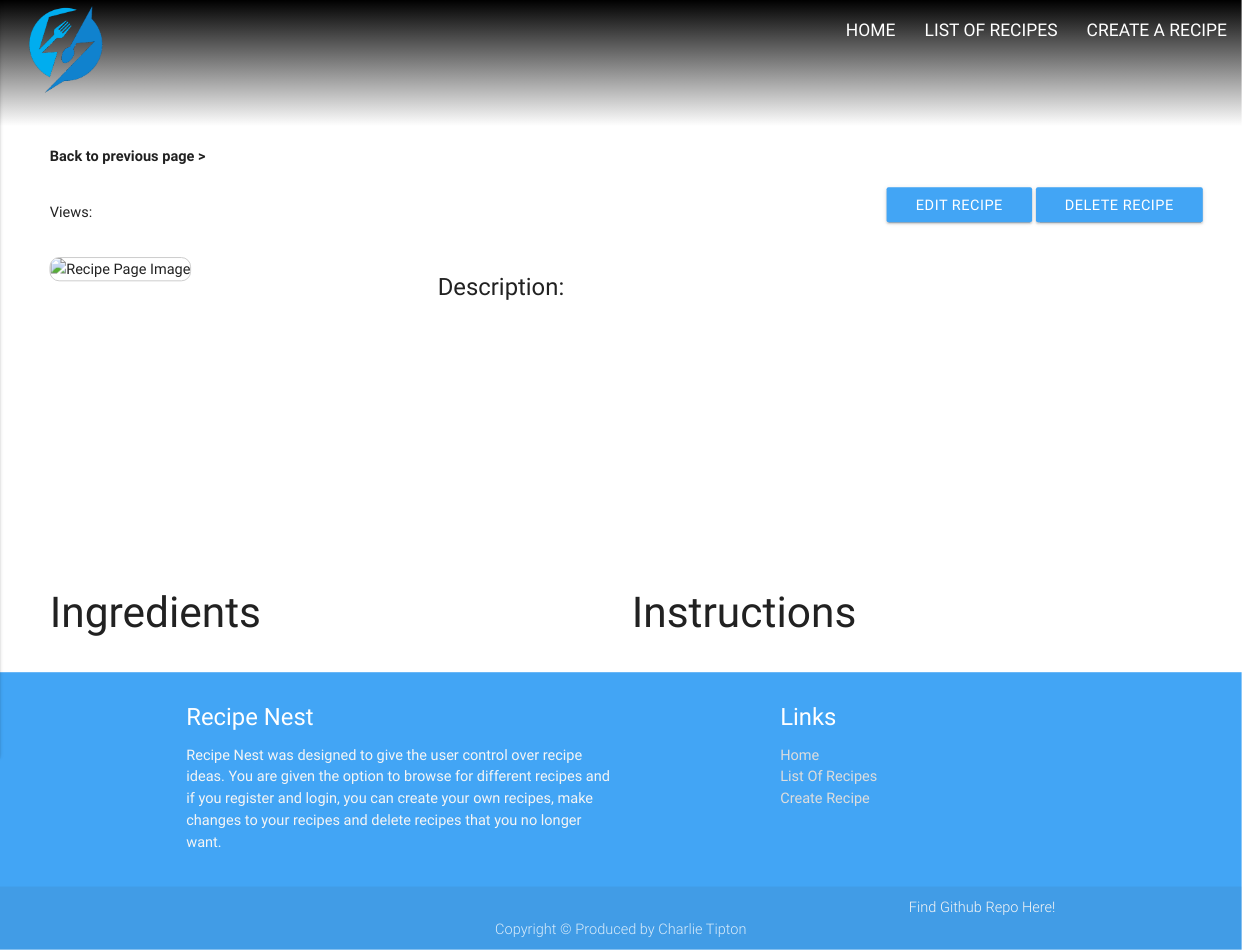
Repository: CharlieJT/Recipes
Page: templates/recipe.html
The author's editor kept a record of every edit. The page is drawn from the files as they stood at one moment, then again after the next edit.
The browser window is 1280 px wide. The pictures show the whole page, at 97% of full size.
Some web libraries are served in a nearby version. The page is served by the project's application, run on Flask 3 (app.py). The template is opened directly, without the code that normally fills it, so the values that code supplies are empty.

Above is the page before.

### templates/recipe.html
{% extends 'base.html' %} {% block content %}

<div class="container-fluid recipe-container-heading">
    <div class="row">
        <div class="col recipe-container-column">
            <div class="main-recipe-section" />
        </div>
    </div>
</div>

<!-- Recipes Section -->

<section>
    <div class="container-fluid recipe-page-container">
        <!-- Breadcrumb -->
        <div class="row bread-crumb">
            <div class="col back-button">
                <span class="go-back-one-page">
                    Back to previous page >
                </span>
                <span>
                    {{ recipe.recipe_name }}
                </span>
            </div>
        </div>
        <!-- Edit and Delete buttons -->
        <div class="col edit-and-delete-buttons">
            <button class="btn waves-effect waves-light blue lighten-1 create-recipe-submit-button" type="submit" name="action">Edit Recipe</button>
            <button class="btn waves-effect waves-light blue lighten-1 create-recipe-submit-button" type="submit" name="action">Delete Recipe</button>
        </div>
        <!-- Views of Recipe -->
        <div class="row">
            <div class="col">
                <p>Views: {{ recipe.views }}</p>
            </div>
        </div>
        <!-- Recipe Description -->
        <div class="row recipe-description-row">
            <div class="col s12 l4">
                <img class="recipe-page-image" src="{{recipe.recipe_image_url}}" alt="Recipe Page Image" />
            </div>
            <div class="col s12 l8 recipe-description-column">
                <h4>{{ recipe.recipe_name.upper() }}</h4>
                <div class="recipe-description">
                    <h5>Description:</h5>
                    <p>{{ recipe.recipe_description }}</p>
                </div>
            </div>
        </div>
        <!-- Recipe Ingredients -->
        <div class="row">
            <div class="col s12 l6">
                <h3>Ingredients</h3>
                <ul class="recipe-ingredients">
                    {% for recipe_ingredient in recipe.recipe_ingredients.split('.') %}
                        {% if recipe_ingredient != "" %}
                            <li>{{ recipe_ingredient }}.</li>
                        {% endif %}
                    {% endfor %}
                </ul>
            </div>
            <div class="col s12 l6">
                <h3>Instructions</h3>
                <ul class="recipe-insturctions">
                    {% for recipe_instruction in recipe.recipe_instructions.split('.') %}
                        {% if recipe_instruction != "" %}
                            <li>{{ recipe_instruction }}.</li>
                        {% endif %}
                    {% endfor %}
                </ul>
            </div>
        </div>
    </div>
</section>

{% endblock %}

### templates/base.html
<!DOCTYPE html>
<html>

<head>
    <!--Import Google Icon Font-->
    <link href="https://fonts.googleapis.com/icon?family=Material+Icons" rel="stylesheet">

    <!--Import materialize.css-->
    <link rel="stylesheet" href="https://cdnjs.cloudflare.com/ajax/libs/materialize/0.100.2/css/materialize.min.css">

    <!-- Exteral styles -->
    <link rel="stylesheet" href="{{url_for('static', filename='css/base.css')}}" type="text/css" />
    <link rel="stylesheet" href="{{url_for('static', filename='css/index.css')}}" type="text/css" />
    <link rel="stylesheet" href="{{url_for('static', filename='css/recipe-listing.css')}}" type="text/css" />
    <link rel="stylesheet" href="{{url_for('static', filename='css/recipe.css')}}" type="text/css" />
    <link href="https://fonts.googleapis.com/icon?family=Material+Icons" rel="stylesheet">

    <!-- Favicon -->
    <link rel="icon" href="{{ url_for('static', filename='/images/favicon.ico') }}" type="image/x-icon" />

    <!--Let browser know website is optimized for mobile-->
    <meta name="viewport" content="width=device-width, initial-scale=1.0" />

    <title>Recipe Nest - {{ title }}</title>
</head>

<body>
    <!-- Main Navbar -->
    <nav class="navbar-container N/A transparent">
        <div class="nav-wrapper">
            <a href="{{ url_for('index') }}" id="recipes-logo">
                <img class="recipe-logo-image" src="static/images/recipe-nest.png" alt="Recipes Logo"/>
            </a>
            <a href="#" data-activates="mobile-demo" class="button-collapse"><i class="material-icons">menu</i></a>
            <ul id="nav-mobile" class="right hide-on-med-and-down navbar-listing">
                <li class="tab"><a class="nav-link" href="{{ url_for('index') }}">Home</a></li>
                <li class="tab"><a class="nav-link" href="{{ url_for('recipe_listing') }}">List of Recipes</a></li>
                <li class="tab"><a class="nav-link" href="{{ url_for('create_recipe') }}">Create a Recipe</a></li>
            </ul>
        </div>
    </nav>
    <ul class="side-nav" id="mobile-demo">
        <li class="tab"><a class="active" href="{{ url_for('index') }}">Home</a></li>
        <li class="tab"><a href="{{ url_for('recipe_listing') }}">List of Recipes</a></li>
        <li class="tab"><a href="{{ url_for('create_recipe') }}">Create a Recipe</a></li>
    </ul>

    {% block content %} {% endblock %}

    <!-- Footer -->
    <footer class="page-footer blue lighten-1">
        <div class="container">
            <div class="row">
                <div class="col l6 s12">
                    <h5 class="white-text">Recipe Nest</h5>
                    <p class="grey-text text-lighten-4"></p>
                    <p class="grey-text text-lighten-4">Recipe Nest was designed to give the user control over recipe ideas. You are given the option to browse for different recipes and if you register and login, you can create your own recipes, make changes to your recipes and delete recipes
                        that you no longer want.</p>
                </div>
                <div class="col l4 offset-l2 s12">
                    <h5 class="white-text">Links</h5>
                    <ul class="footer-links">
                        <li><a class="pages-footer-link" href="{{ url_for('index') }}">Home</a></li>
                        <li><a class="pages-footer-link" href="{{ url_for('recipe_listing') }}">List Of Recipes</a></li>
                        <li><a class="pages-footer-link" href="{{ url_for('create_recipe') }}">Create Recipe</a></li>
                    </ul>
                </div>
            </div>
        </div>
        <div class="footer-copyright">
            <div class="container">
                <a class="grey-text text-lighten-4 right" href="https://github.com/CharlieJT/Repices" target="_blank">Find Github Repo Here!</a>
                <div class="footer-bottom">Copyright © Produced by Charlie Tipton</div>
            </div>
        </div>
    </footer>

    <!-- Back to top icon -->
    <a href="#" class="to-top"></a>

    <script src="https://cdnjs.cloudflare.com/ajax/libs/jquery/3.2.1/jquery.min.js"></script>
    <script src="https://cdnjs.cloudflare.com/ajax/libs/materialize/0.100.2/js/materialize.min.js"></script>
    <script src="{{url_for('static', filename='js/script.js')}}"></script>
</body>

</html>

### app.py
import os
from flask import Flask, render_template, redirect, url_for, request, flash
from flask_pymongo import PyMongo, DESCENDING
from bson.objectid import ObjectId


app = Flask(__name__)

app.config["MONGO_DBNAME"] = 'myRecipes'
app.config['MONGO_URI'] = os.environ.get("MONGO_URI")

mongo = PyMongo(app)

@app.route('/')
@app.route('/index')
def index():
    """This shows a list of 3 recipes which have the highest views"""
    recipes=mongo.db.recipes.find().sort([('views-per-page', DESCENDING)]).limit(3)
    return render_template('index.html', title="Home", recipes=recipes)


@app.route('/recipe_listing')
def recipe_listing():
    """This shows a list of all of the recipes"""
    recipes=mongo.db.recipes.find()
    return render_template('recipe-listing.html', title="Recipes", recipes=recipes)


@app.route('/recipe/<recipe_id>')
def recipe(recipe_id):
    """This shows all fields in recipes & increments the views by 1"""
    mongo.db.recipes.find_one_and_update(
        {'_id': ObjectId(recipe_id)},
        {'$inc': {'views': 1}}
    )
    recipe_ingredients = mongo.db.recipes.recipe_ingredients.find_one()
    recipe = mongo.db.recipes.find_one_or_404({'_id': ObjectId(recipe_id)})
    return render_template('recipe.html', recipe=recipe)


@app.route('/create_recipe')
def create_recipe():
    """This shows a list of all of the recipes"""
    recipes_db = mongo.db.recipes
    return render_template('create-recipe.html')


@app.route('/insert_recipe', methods=['POST'])
def insert_recipe():
    """This will add each field to the database"""
    recipe_db = mongo.db.recipes
    # This is insert a new value for each field
    recipe_db.insert_one(request.form.to_dict())
    return redirect(url_for('recipe_listing'))

@app.route('/update_recipe/<recipe_id>')
def update_recipe(recipe_id):
    recipes_db = mongo.db.recipes.find_one({ '_id': ObjectId(recipe_id) })
    return render_template('edit-recipe.html')


if __name__ == '__main__':
    app.run(host=os.environ.get('IP'),
    port=int(os.environ.get('PORT')),
    debug=True)

### static/css/base.css
/* ---------- Home Page Cards ----------*/

html {
    scroll-behavior: smooth;
}

.recipe-card {
    background-color: #fff;
    padding: 20px;
    margin: 6em 2em;
    border-radius: 10px;
    text-align: center;
}

.recipe-image {
    display: flex;
    justify-content: center;
    width: 100%;
    border-radius: 10px;
    margin: auto;
}

.recipe-view-more-button {
    display: flex;
    justify-content: center;
    width: 100%;
}

/* ---------- Main Nav Bar ----------*/

.navbar-container {
    position: fixed;
    box-shadow: none;
    height: 64px;
    line-height: 64px;
    transition: background-color 0.3s ease-in, box-shadow 0.3s ease-in;
    z-index: 1000;
}

.logo-image {
    background: url(../images/main-logo-image.png);
}

#recipes-logo {
    float: right;
}

.recipe-logo-image {
    width: 95px;
    transition: width 0.15s ease-in;
    margin: 10px 20px 0;
}

.brand-logo {
    right: 3 !important;
}

.tabs {
    height: 64px;
}

.tab a {
    font-size: 1.2em !important;
    text-transform: uppercase;
}

.tab {
    line-height: 61px !important;
}

.navbar-listing .active {
    background-color: transparent;
    border-bottom: 3px solid #fff;
}

.side-nav {
    padding: 64px 0 0 0;
    z-index: 10000;
}

/* ---------- Footer ----------*/

.footer-bottom {
    clear: both;
    text-align: center;
}

.footer-links a {
    color: #ddd;
}

.footer-links .active a {
    color: #fff;
}

/* ---------- Back to top icon ----------*/

.to-top {
	color :white;
	padding-top: 1.8em;
	display: inline-block;/* or block */
	position: fixed;
	bottom: 30px;
    right: 45px;
	text-decoration:none;
	transition:all .3s ease-out;
	opacity: 0;
	z-index: 1000;
}

.to-top:before {
	content: url(../images/chevron-up.png);
    font-size: 1.9em;
	position: absolute;
	text-align: center;
	background-color: #00000050;
	top: 0;
	left: 50%;
	margin-left:-.7em;
	border:solid .13em white;
	border-radius: 10em;
	width: 1.6em;
	height: 1.6em;
	line-height: 1.3em;
	border-color: inherit;
	transition: transform .5s ease-in;
}
.to-top:hover {
	border-color: #42a5f5;
}
.to-top:hover:before {
    content: url(../images/chevron-up-blue.png);
	transform: rotate(360deg);
}

/* ---------- Media Queries ----------*/

@media only screen and (min-width: 480px) {
    section {
        width: 480px;
        margin: auto;
    }
}

@media only screen and (min-width: 768px) {
    section {
        width: 768px;
        margin: auto;
    }
}

@media only screen and (min-width: 992px) {
    section {
        width: 992px;
        margin: auto;
    }
    #recipes-logo {
        float: left;
    }
}



@media only screen and (min-width: 1200px) {
    section {
        width: 1200px;
        margin: auto;
    }
}

### static/css/index.css
/* ---------- Main Image ----------*/

.title-container {
    display: flex;
    align-items: center;
    height: 100vh;
    color: #fff;
}

.main-heading-column {
    background-color: #000000a6;
    border-radius: 10px;
}

.title-container .row {
    opacity: 0;
    filter: blur(100px);
    animation: FadeInGreeting 1.5s 1s forwards ease-in-out;
}

.title-container h1 {
    text-align: center;
    font-size: 2.4rem;
}

.search-button {
    display: flex;
    justify-content: center;
}

.down-arrow-link {
    color: white;
}

.down-arrow {
    display: flex !important;
    position: absolute;
    left: 49vw;
    right: 50vw;
    font-size: 3.7rem !important;
    justify-content: center;
    animation: scrollDown 0.4s alternate-reverse infinite cubic-bezier(1,-0.01, 0.79, 0.54);
}

.main-image-container {
    background: url(../images/recipe-nest-main-image.png) fixed center center no-repeat;
    height: 100%;
}

.main-recipe-images-column {
    padding: 0 !important;
}

main-recipe-images-column {
    height: 80vh;
}

.opaque-background {
    background-color: #00000061;
}

/* label color */

.recipe-label {
    color: #fff;
}

/* label focus color */

.input-field input[type=text]:focus+label {
    color: #fff;
}

/* label underline focus color */

.input-field input[type=text]:focus {
    border-bottom: 1px solid #fff;
    box-shadow: 0 1px 0 0 #000;
}

/* valid color */

.input-field input[type=text].valid {
    border-bottom: 1px solid #fff;
    box-shadow: 0 1px 0 0 #fff;
}

/* invalid color */

.input-field input[type=text].invalid {
    border-bottom: 1px solid #fff;
    box-shadow: 0 1px 0 0 #fff;
}

/* label focus color */

.input-field input:focus+label {
    color: #42a5f5 !important;
}

/* label underline focus color */

.row .input-field input:focus {
    border-bottom: 1px solid #42a5f5 !important;
    box-shadow: 0 1px 0 0 #42a5f5 !important;
}

.recipe-search-bar:focus {
    border-bottom: 1px solid #42a5f5 !important;
    -webkit-box-shadow: 0 1px 0 0 #26a69a !important;
    box-shadow: 0 1px 0 0 #42a5f5 !important;
}

/* ---------- Recipe Cards ----------*/

#recipe-container-main {
    background-color: #fff;
}

.down-arrow {
    position: absolute;
    left: 50%;
}

.card-surrounding {
    max-width: 265px;
    margin: auto;
}

.card {
    margin: 2.5rem 0 2.5rem 0;
}

.recipe-image {
    padding: 10px;
    border-radius: 15px !important;
}

.most-viewed-divider {
    width: 150px;
}

.mostly-viewed-heading-column {
    margin: 60px;
    margin: 5.5rem auto 1.5rem;
}

.mostly-viewed-heading-column h5 {
    text-align: center;
    margin: auto;
}

#recipe-container-main .row {
    margin: 0;
}

#recipe-container-main .col {
    padding: 0 2.75rem;
}

.recipe-name,
.recipe-close {
    position: relative;
    width: 100%;
    font-size: 1.1rem !important;
    font-weight: 400 !important;
}

.recipe-name i {
    top: 0;
    right: -15px;
}

.recipe-close i {
    position: absolute;
    right: 0;
    top: 0;
    margin-top: 30px;
    margin-right: 12px;
}

.card-title-spacer {
    display: flex;
    height: 120px;
}

.more-info {
    position: absolute;
}

.button-container {
    display: flex;
    justify-content: center;
    width: 100%;
}

/* ---------- Media Queries ----------*/

@media only screen and (min-width: 992px) {
    .recipe-row {
        width: 992px;
        margin: auto !important;
    }
    .title-container h1 {
        font-size: 3rem;
    }
}

@media only screen and (min-width: 1050px) {
    .main-image-container {
        background-size: 100%;
    }
}

@media only screen and (min-width: 1200px) {
    .recipe-row {
        width: 1200px;
        margin: auto !important;
    }
}



/* ---------- Keyframes (Animations) ----------*/

@-webkit-keyframes scrollDown {
    from {
        margin-top: 0;
    }
    to {
        margin-top: 8px;
    }
}

@keyframes scrollDown {
    from {
        margin-top: 0;
    }
    to {
        margin-top: 8px;
    }
}

@-webkit-keyframes FadeInGreeting {
    from {
        opacity: 0;
    }
    to {
        opacity: 1;
    }
}

@keyframes FadeInGreeting {
    from {
        opacity: 0;
        filter: blur(100px);
    }
    to {

        opacity: 1;
        filter: blur(0px);
    }
}

### static/css/recipe-listing.css
.recipe-container-heading .recipe-container-column {
    background: linear-gradient(#000, #fff);
    height: 130px;
    width: 100%;
}

.recipe-listing-column {
    margin: 60px;
    margin: 1.5rem auto 1.5rem;
    text-align: center;
}

.search-recipe-listing-label {
    color: #000;
}

### static/css/recipe.css
.recipe-page-image {
    width: 100%;
    max-width: 300px;
    max-height: 300px;
    border-radius: 10px;
    border: 1px solid #ccc;
}

.recipe-description-row {
    height: 300px;
}

.edit-and-delete-buttons {
    float: right;
}

.back-button span:nth-child(1) {
    display: inline;
    cursor: pointer;
    font-weight: bold;
}

### static/js/script.js
// Constants used to target specific class names needed for jQuery

const goBackOnePage = document.getElementsByClassName("go-back-one-page");
const buttonCollapse = document.getElementsByClassName("button-collapse");
const navbarContainer = document.getElementsByClassName("navbar-container");
const recipeLogoImage = document.getElementsByClassName("recipe-logo-image");
const toTop = document.getElementsByClassName("to-top");
const createRecipeSubmitButton = document.getElementsByClassName("create-recipe-submit-button");


/*
Whatever code is written inside the JQuery ready method will run once the page Document Object Modal (DOM)
is ready to execute JavaScript code.
*/

$(document).ready(() => {
    // Will check to see if the window has been scrolled 50px from the top.
    $(window).scroll(() => {
        const joinedNATransparent = ['N/A', 'transparent'].join(' ');
        if ($(document).scrollTop() > 50) {
            $(navbarContainer).removeClass(joinedNATransparent).css('background-color', '#000000a3');
            $(recipeLogoImage).css({ 'width': '66px', 'margin-top': '0px' });
            $(toTop).css('opacity', '1');
        }
        else {
            $(navbarContainer).addClass(joinedNATransparent);
            $(recipeLogoImage).css({ 'width': '95px', 'margin-top': '5px' });
            $(toTop).css('opacity', '0');
        }
    });
    // Will remove active class and add new active class depending on which is matched with the pathname.
    $('li.active').removeClass('active');
    $('a[href="' + location.pathname + '"]').closest('li').addClass('active');

    // Will take the user back to the previous page on click.
    $(goBackOnePage).on('click', () => {
        window.history.back();
    });

    $('.button-collapse').sideNav();

    /*
    Will be resonsible for form validation, depending on which field is empty, it will throw a message at the bottom
    of the field.
    */

    $('.insert-recipe-name').on('click', () => {
        $('.insert-recipe-name-validation').removeClass('insert-recipe-name-validation-flag');
    }).on('keypress', () => {
        $('.insert-recipe-name-validation').removeClass('insert-recipe-name-validation-flag');
    });
    $('.insert-recipe-description').on('click', () => {
        $('.insert-recipe-description-validation').removeClass('insert-recipe-description-validation-flag');
    }).on('keypress', () => {
        $('.insert-recipe-description-validation').removeClass('insert-recipe-description-validation-flag');
    });
    $('.insert-recipe-ingredients').on('click', () => {
        $('.insert-recipe-ingredients-validation').removeClass('insert-recipe-ingredients-validation-flag');
    }).on('keypress', () => {
        $('.insert-recipe-ingredients-validation').removeClass('insert-recipe-ingredients-validation-flag');
    });
    $('.insert-recipe-instructions').on('click', () => {
        $('.insert-recipe-instructions-validation').removeClass('insert-recipe-instructions-validation-flag');
    }).on('keypress', () => {
        $('.insert-recipe-instructions-validation').removeClass('insert-recipe-instructions-validation-flag');
    });
    $('.insert-recipe-image-url').on('click', () => {
        $('.insert-recipe-image-url-validation').removeClass('insert-recipe-image-url-validation-flag');
    }).on('keypress', () => {
        $('.insert-recipe-image-url-validation').removeClass('insert-recipe-image-url-validation-flag');
    });

    $(createRecipeSubmitButton).on('click', () => {
        // Constants used to target each form field's value on create recipe page
        const inputRecipeName = $("input[type=text][name=recipe_name]").val();
        const inputRecipeDescription = $("input[type=text][name=recipe_description]").val();
        const inputRecipeIngredients = $("textarea[type=text][name=recipe_ingredients]").val();
        const inputRecipeInstructions = $("textarea[type=text][name=recipe_instructions]").val();
        const inputRecipeImageUrl = $("input[type=text][name=recipe_image_url]").val();


        if (inputRecipeName.length === 0) {
            $('.insert-recipe-name-validation').addClass('insert-recipe-name-validation-flag');
        }
        else {
            $('.insert-recipe-name-validation').removeClass('insert-recipe-name-validation-flag');
        }

        if (inputRecipeDescription.length === 0) {
            $('.insert-recipe-description-validation').addClass('insert-recipe-description-validation-flag');
        }
        else {
            $('.insert-recipe-description-validation').removeClass('insert-recipe-description-validation-flag');
        }

        if (inputRecipeIngredients.length === 0) {
            $('.insert-recipe-ingredients-validation').addClass('insert-recipe-ingredients-validation-flag');
        }
        else {
            $('.insert-recipe-ingredients-validation').removeClass('insert-recipe-ingredients-validation-flag');
        }

        if (inputRecipeInstructions.length === 0) {
            $('.insert-recipe-instructions-validation').addClass('insert-recipe-instructions-validation-flag');
        }
        else {
            $('.insert-recipe-instructions-validation').removeClass('insert-recipe-instructions-validation-flag');
        }

        if (inputRecipeImageUrl.length === 0) {
            $('.insert-recipe-image-url-validation').addClass('insert-recipe-image-url-validation-flag');
        }
        else {
            $('.insert-recipe-image-url-validation').removeClass('insert-recipe-image-url-validation-flag');
        }
    });
});

After the next edit:
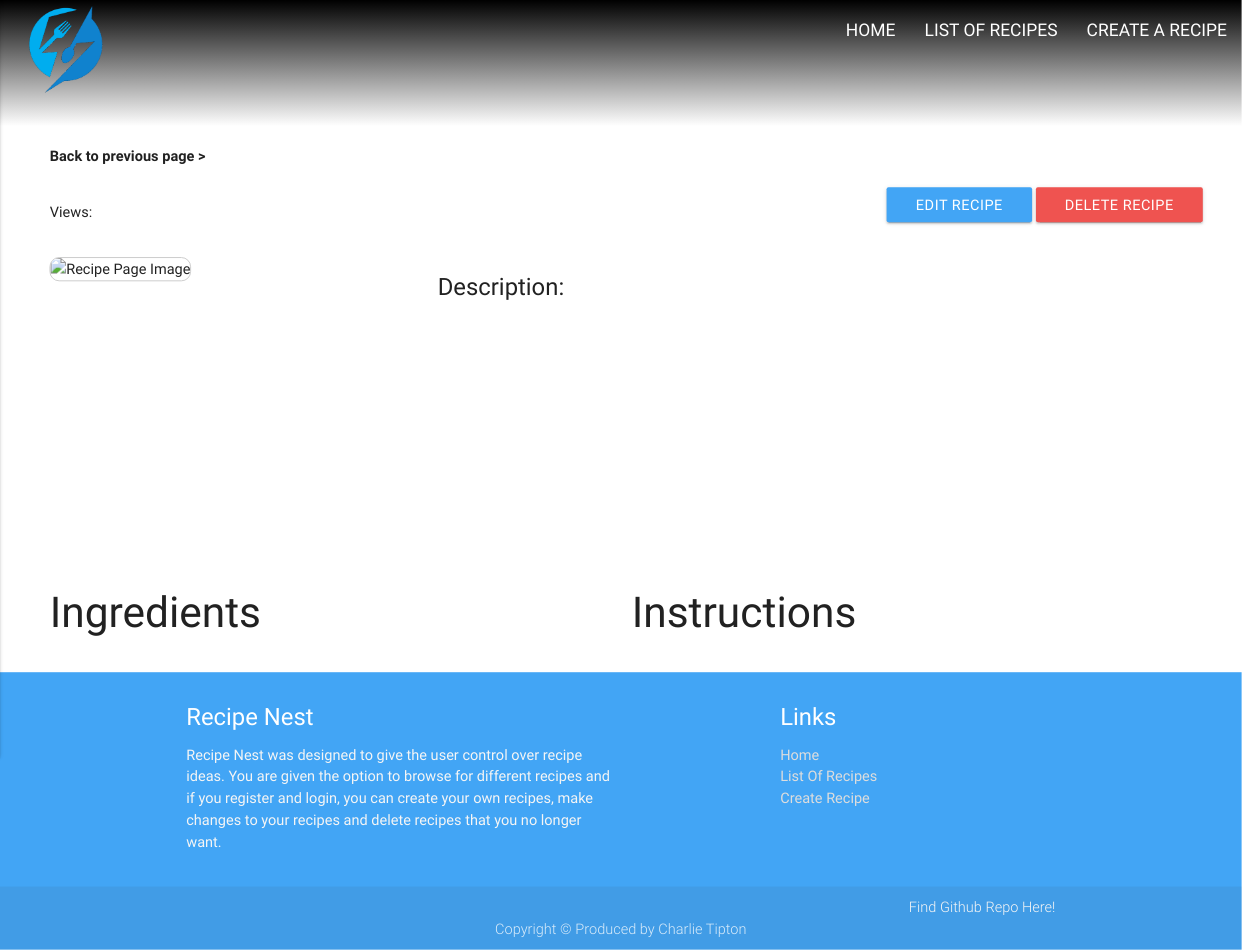
The edit:
--- a/templates/recipe.html
+++ b/templates/recipe.html
@@ -25,8 +25,8 @@
         </div>
         <!-- Edit and Delete buttons -->
         <div class="col edit-and-delete-buttons">
-            <button class="btn waves-effect waves-light blue lighten-1 create-recipe-submit-button" type="submit" name="action">Edit Recipe</button>
-            <button class="btn waves-effect waves-light blue lighten-1 create-recipe-submit-button" type="submit" name="action">Delete Recipe</button>
+            <button class="btn waves-effect waves-light blue lighten-1 edit-recipe-button" type="submit" name="action">Edit Recipe</button>
+            <button class="btn waves-effect waves-light red lighten-1 delete-recipe-button" type="submit" name="action">Delete Recipe</button>
         </div>
         <!-- Views of Recipe -->
         <div class="row">
